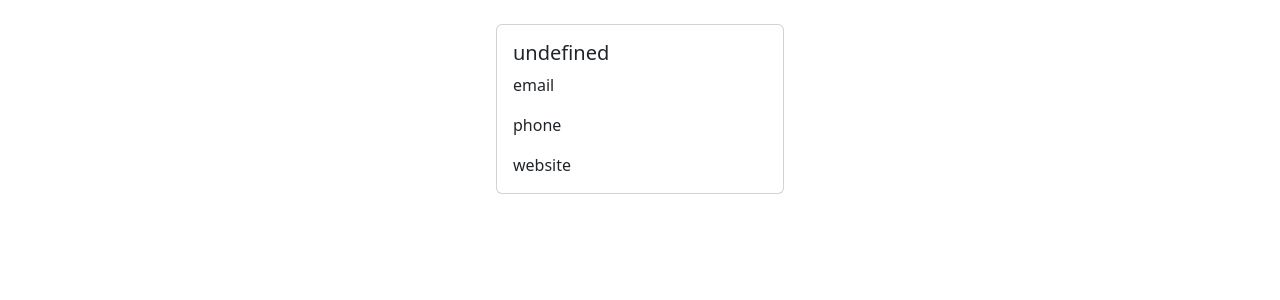
Repository: AndreyMykulych/javascript
Page: 14/index.html
These files come from the project's save history. The page is drawn as it stood at one moment and after the next save; the edit follows.
The browser window is 1280 px wide. The pictures show the whole page.
The page's requests for data from a server got no answer.

Above is the page before, as saved 2023-05-11 00:45:06.

After the next save:
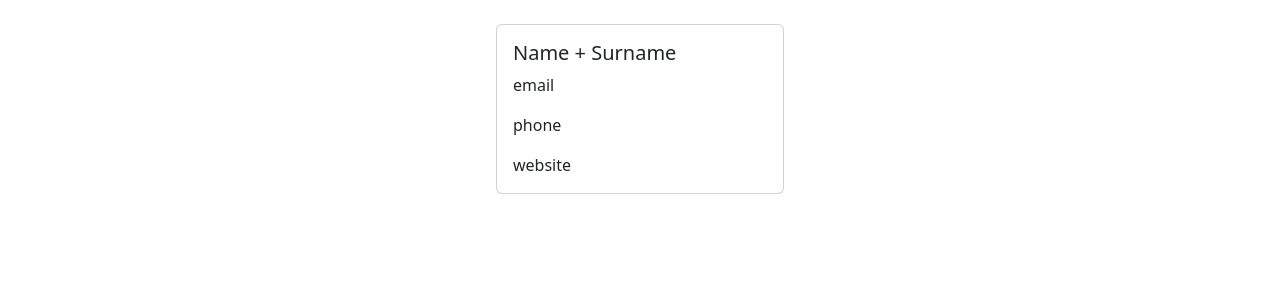
Console error: TypeError: Cannot read properties of undefined (reading 'name')
Saved 13 s later.
--- a/14/one.js
+++ b/14/one.js
@@ -20,5 +20,5 @@
     let phone = document.querySelector('.phone')
     let website = document.querySelector('.website')
 
-    cardName.innerHTML = `${users.name}`
+    cardName.innerHTML = `${users[0].name}`
 }

After the 3 saves that followed:
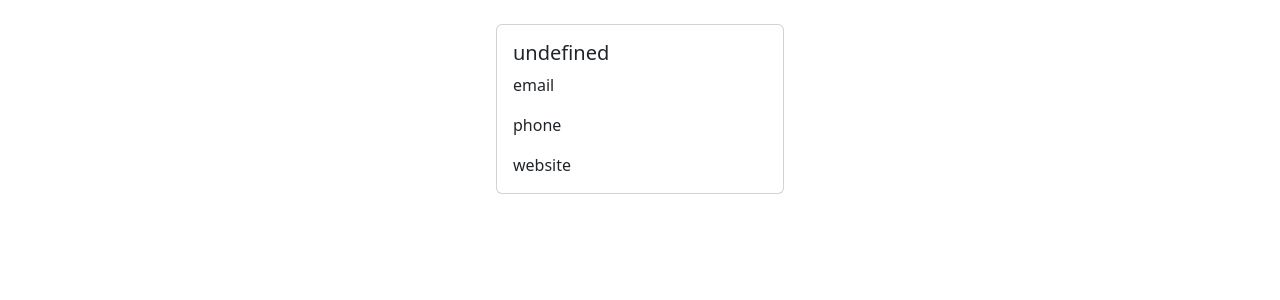
The error is gone.
The 3 saves are shown as one change because 2 left the picture as it was.
The last was saved 68 s later.
--- a/14/one.js
+++ b/14/one.js
@@ -5,7 +5,7 @@
         .get(' https://jsonplaceholder.typicode.com/users')
         .then(function (response) {
 
-            console.log(response.data);
+            console.log(response.data[0].name);
             for (let i = 0; i < response.data.length; i++) {
                 users.push(response.data[i])
             }
@@ -20,5 +20,5 @@
     let phone = document.querySelector('.phone')
     let website = document.querySelector('.website')
 
-    cardName.innerHTML = `${users[0].name}`
+    cardName.innerHTML = `${users.name}`
 }
